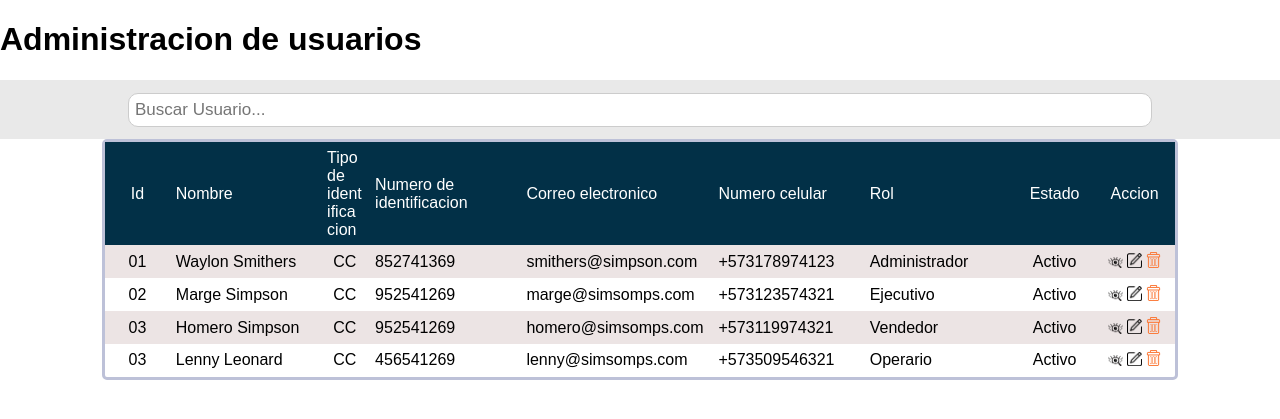
Repository: AlexanderBarona/Proyecto_Ciclo3_Mintic
Page: PaginaWeb/pages/admin_user.html
These files come from the project's save history. The page is drawn as it stood at one moment and after the next save; the edit follows.
The browser window is 1280 px wide. The pictures show the whole page.

Above is the page before, as saved 2021-09-30 14:27:00.

### PaginaWeb/pages/admin_user.html
<!DOCTYPE html>
<html>

   <head>
      <title>Administracion de Usuarios</title>
      <link href="../css/style.css" rel="stylesheet" type="text/css">
      <link href="../css/admin_user.css" rel="stylesheet" type="text/css">
   </head>
   <body class="admin_user">
      <header>
         <h1>Administracion de usuarios</h1>
      </header>
      <main>
        <div class="TopBar">
            <div class="Search ">
                <input type="text" placeholder="Buscar Usuario...">
            </div>

        </div>

        <div class="table_principal">
            <table class="table_entity">

              <tbody class="table_body" >

                  <tr class="table_header" >

                    <td class="table_cell center">Id</td>
                    <td class="table_cell">Nombre</td>
                    <td class="table_cell">Tipo de identificacion</td>
                    <td class="table_cell">Numero de identificacion</td>
                    <td class="table_cell">Correo electronico</td>
                    <td class="table_cell">Numero celular</td>
                    <td class="table_cell">Rol</td>
                    <td class="table_cell center">Estado</td>
                    <td class="table_cell center">Accion</td>

                  </tr>

                  <tr >
                    <td class="table_cell center">01</td>
                    <td class="table_cell">Waylon Smithers</td>
                    <td class="table_cell center">CC</td>
                    <td class="table_cell">852741369</td>
                    <td class="table_cell">smithers@simpson.com</td>
                    <td class="table_cell">+573178974123</td>
                    <td class="table_cell">Administrador</td>
                    <td class="table_cell center">Activo</td>
                    <td class="table_cell center">
                      <div class="icon_container">
                        <nav>
                          <a href="icon_table">
                            <img class="icon_cell" src="../images/IconRead.ico">
                          </a>
                          <a href="icon_table">
                            <img class="icon_cell" src="../images/IconUpdate.ico">
                          </a>
                          <a href="icon_table">
                            <img class="icon_cell" src="../images/IconDelete.ico">
                          </a>
                        </nav>
                    </div>

                    </td>
                  </tr>

                <tr >
                  <td class="table_cell center">02</td>
                  <td class="table_cell">Marge Simpson</td>
                  <td class="table_cell center">CC</td>
                  <td class="table_cell">952541269</td>
                  <td class="table_cell">marge@simsomps.com</td>
                  <td class="table_cell">+573123574321</td>
                  <td class="table_cell">Ejecutivo</td>
                  <td class="table_cell center">Activo</td>
                  <td class="table_cell center">
                    <div class="icon_container ">
                      <nav>
                        <a href="icon_table">
                          <img class="icon_cell" src="../images/IconRead.ico">
                        </a>
                        <a href="icon_table">
                          <img class="icon_cell" src="../images/IconUpdate.ico">
                        </a>
                        <a href="icon_table">
                          <img class="icon_cell" src="../images/IconDelete.ico">
                        </a>
                      </nav>
                  </div>
                  </td>
                </tr>

                <tr >
                    <td class="table_cell center">03</td>
                    <td class="table_cell">Homero Simpson</td>
                    <td class="table_cell center">CC</td>
                    <td class="table_cell">952541269</td>
                    <td class="table_cell">homero@simsomps.com</td>
                    <td class="table_cell">+573119974321</td>
                    <td class="table_cell">Vendedor</td>
                    <td class="table_cell center">Activo</td>
                    <td class="table_cell center">

                                    <div class="icon_container">
                                        <nav>
                                          <a href="icon_table">
                                            <img class="icon_cell" src="../images/IconRead.ico">
                                          </a>
                                          <a href="icon_table">
                                            <img class="icon_cell" src="../images/IconUpdate.ico">
                                          </a>
                                          <a href="icon_table">
                                            <img class="icon_cell" src="../images/IconDelete.ico">
                                          </a>
                                        </nav>
                                    </div>


                    </td>
                </tr>
                <tr >
                    <td class="table_cell center">03</td>
                    <td class="table_cell">Lenny Leonard</td>
                    <td class="table_cell center">CC</td>
                    <td class="table_cell">456541269</td>
                    <td class="table_cell">lenny@simsomps.com</td>
                    <td class="table_cell">+573509546321</td>
                    <td class="table_cell">Operario</td>
                    <td class="table_cell center">Activo</td>
                    <td class="table_cell center">
                      <div class="icon_container">
                        <nav>
                          <a href="icon_table">
                            <img class="icon_cell" src="../images/IconRead.ico">
                          </a>
                          <a href="icon_table">
                            <img class="icon_cell" src="../images/IconUpdate.ico">
                          </a>
                          <a href="icon_table">
                            <img class="icon_cell" src="../images/IconDelete.ico">
                          </a>
                        </nav>
                    </div>
                    </td>
                </tr>
              </tbody>
            </table>
        </div>
      </main>
      <footer>
      </footer>
   </body>
</html>

### PaginaWeb/css/style.css
* {
  box-sizing: border-box;
}

body {
  margin: 0;
  font-family: Arial, Helvetica, sans-serif;
}

### PaginaWeb/css/admin_user.css
/* css barra busqueda*/
@media screen and (max-width: 600px) {
  .Search a,
  .Search input[type="text"] {

    display: block;
    text-align: left;
    width: 100%;
    margin: 0 auto;
    padding: 14px;
    align-items: center;
  }
}

.admin_user .Search {
   overflow: hidden;
   background-color: #e9e9e9;
   display: block;
   width: 100%;
   text-align: center;
  }

.Search a {

    display: block;
    color: black;
    text-align: center;
    padding: 14px 16px;
    text-decoration: none;
    font-size: 17px;
  }

  .Search a:hover {
    background-color: #ddd;
    color: black;
  }

  .Search a.active {
    background-color: #9dcaf0;
    color: white;
  }

  .Search input[type="text"] {
    float: center;
    border-radius: 10px;
    border: 1px solid rgb(174, 204, 218);
    padding: 6px;
    margin-top: 1%;
    margin-right: 2%;
    margin-left: 2%;
    margin-bottom: 1%;
    font-size: 17px;
    width: 80%;
  }
  .Search input[type="text"] {
    border: 1px solid #ccc;
  }

 /* css tabla*/

  .table_entity {
    table-layout: fixed;
    width: 84%;
    margin: 0 auto;
    border-collapse: separate;
    border-spacing: 0px;
    border-radius: 5px;
    border: 3px solid rgb(189, 193, 216);

  }

  .table_entity td:first-child {
    width: 4em;
  }
  .table_entity td:nth-child(3) {
    width: 3em;
  }
  .table_entity td:nth-child(5) {
    width: 12em;
  }
  .table_entity td:nth-child(8) {
    width: 5em;

  }
  .table_entity td:nth-child(9) {
    width: 5em;
  }




  .table_header {
    background-color: #023047;
    color: #fff;

  }

  .table_entity tr:nth-child(even) {
  background-color: #ece4e4;
}

.table_entity .center {
  text-align: center;
}
/* css tabla perfiles*/
.table_entity2 {
  table-layout: fixed;
  width: 84%;
  margin: 0 auto;
  border-collapse: separate;
  border-spacing: 0px;
  border-radius: 5px;
  border: 3px solid rgb(189, 193, 216);

}

.table_entity2 td:first-child {
  width: 4em;
}

.table_entity2 td:nth-child(2) {
  width: 16em;
}


.table_entity2 td:nth-child(6) {
  width: 4.5em;

}


.table_entity2 tr:nth-child(even) {
background-color: #ece4e4;
}

.table_entity2 .center {
  text-align: center;
}

  th, td {

      word-wrap: break-word;
      padding: 0.4em;
      margin: 0em;
  }
  /* iconos */
  .icon_cell {

    height: 28%;
    width: 22%;
    margin: 0 auto 0 0;


}

.icon_container a , .icon_container a:visited {


  text-decoration: none;

}
/* css checkbox */

.checkbox_container input[type="checkbox"]  {
  content: "";
  width: 2em;
  height: 2em;
  border: 4px solid #bf810f;
  float: left;
  margin: 0 auto 0 0;
  border-right: 0;
  border-top: 0;


}
.checkbox_container input[type="checkbox"]:checked   {
  content: "";
  width: 2.2em;
  height: 2.2em;
  border: 4px solid #bf810f;
  color: #bf810f;
  background-color:#bf810f ;
  float: left;
  margin: 0 auto 0 0;
  border-right: 0;
  border-top: 0;

}

After the next save:
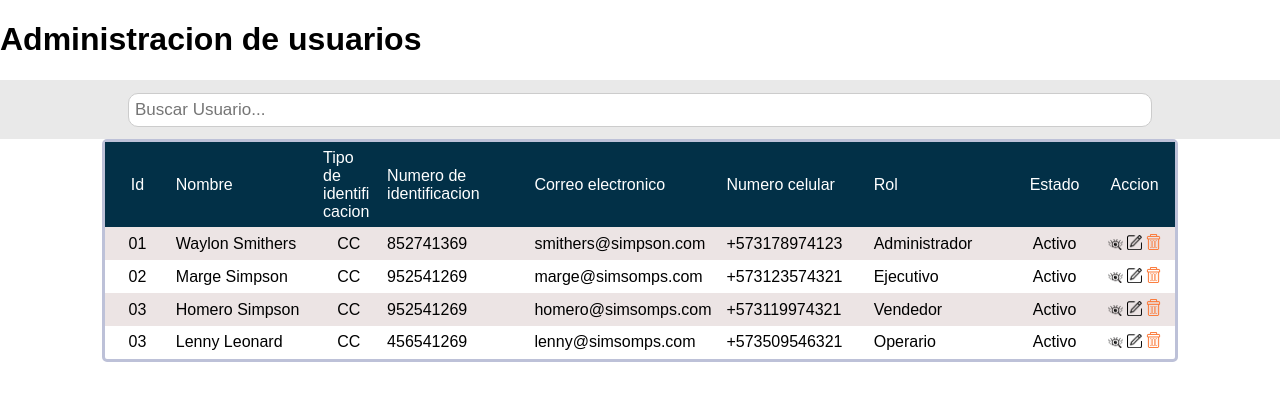
Saved 12 s later.
--- a/PaginaWeb/css/admin_user.css
+++ b/PaginaWeb/css/admin_user.css
@@ -73,7 +73,7 @@
     width: 4em;
   }
   .table_entity td:nth-child(3) {
-    width: 3em;
+    width: 4em;
   }
   .table_entity td:nth-child(5) {
     width: 12em;
